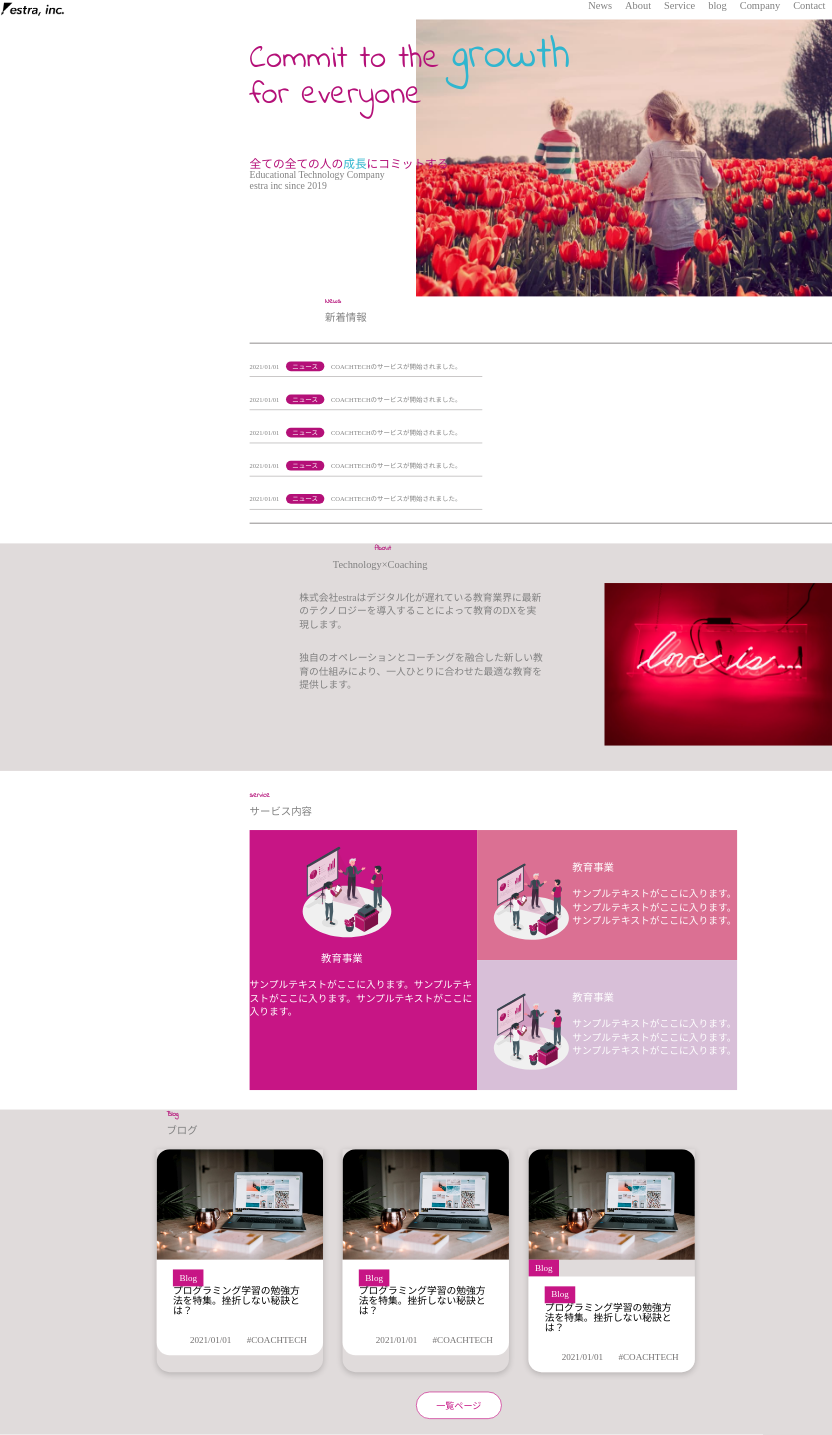
Repository: sigemasaasuka/20210902
Page: index.html
An editor plug-in stored every save of this project. The page is shown before and after the next save, followed by the edit.
The browser window is 1280 px wide. The pictures show the whole page, at 65% of full size.

Above is the page before, as saved 2021-09-28 13:40:06.

After the next save:
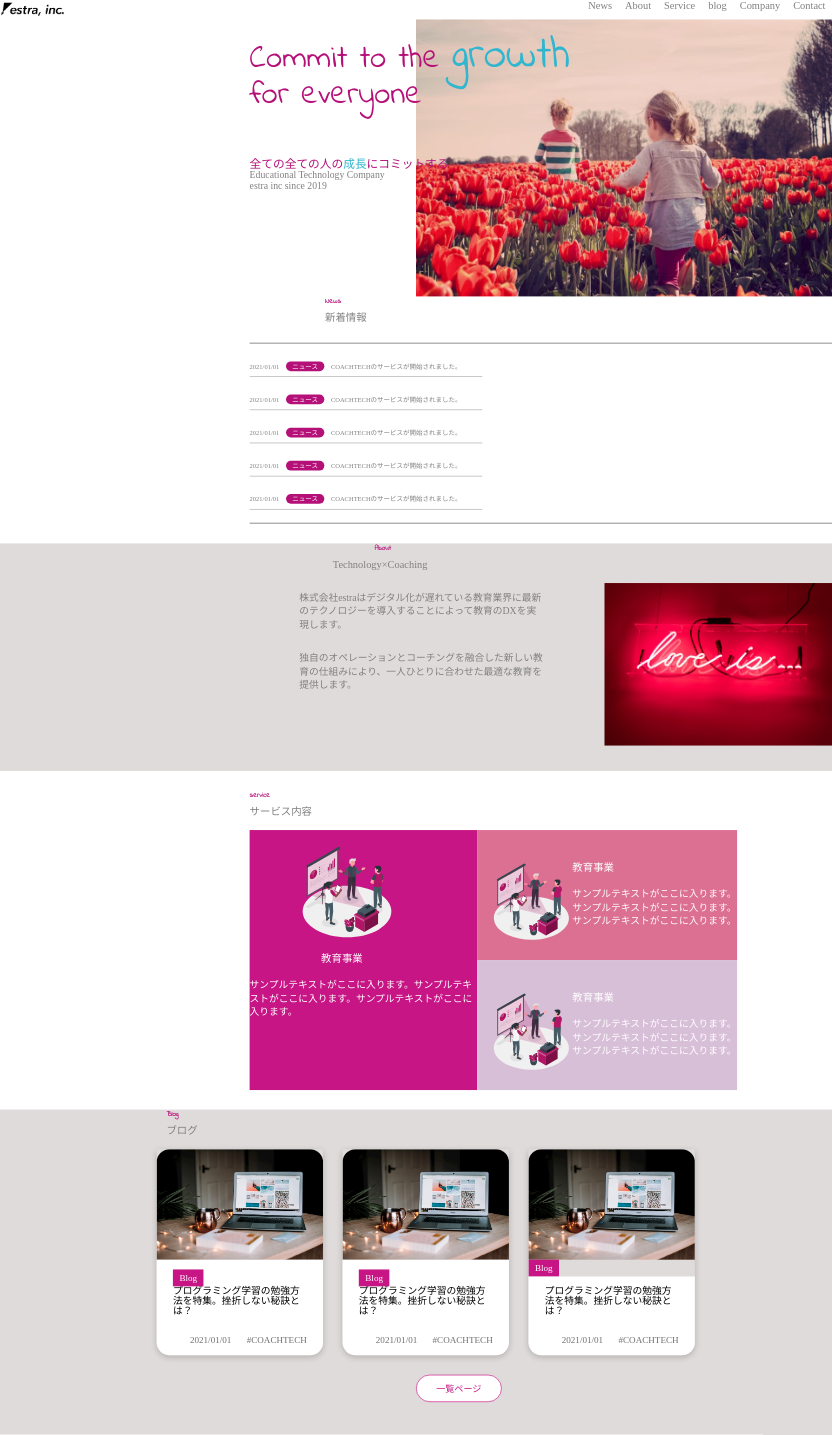
Saved 4 s later.
--- a/index.html
+++ b/index.html
@@ -185,7 +185,7 @@
           <div class="card__cat">Blog</div>
         </div>
         <div class="card__content">
-          <div class="card__cat">Blog</div>
+
           <h2 class="card__ttl">プログラミング学習の勉強方法を特集。挫折しない秘訣とは？</h2>
           <div class="tag">
             <p class="card__tag">2021/01/01</p>
